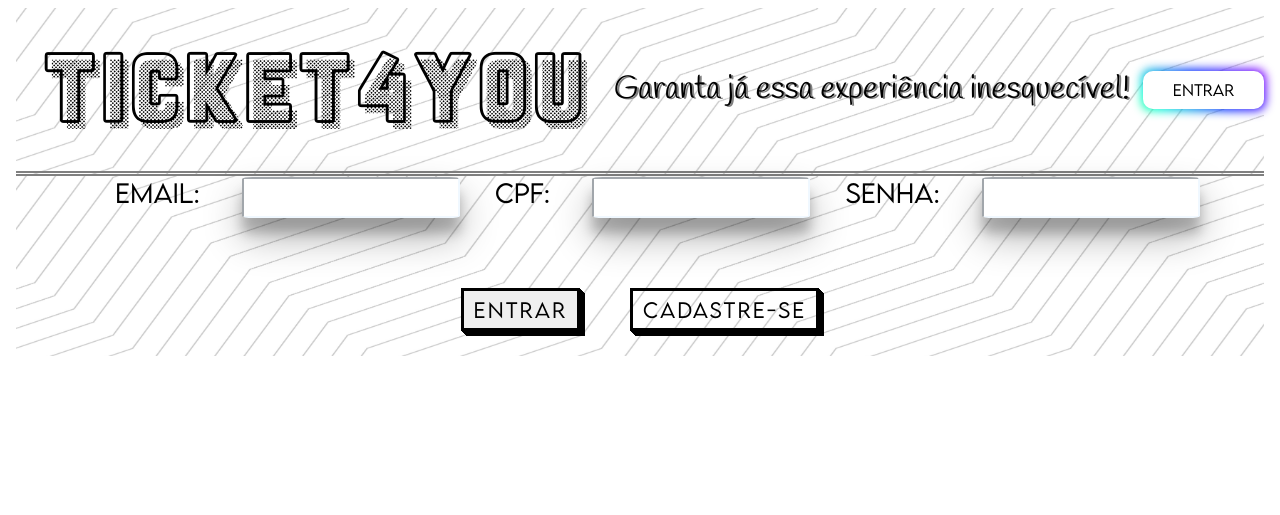
Repository: hellengurgaczz/projeto-DSA
Page: /
These files come from the project's save history. The page is drawn as it stood at one moment and after a run of saves; the edit follows.
The browser window is 1280 px wide. The pictures show the whole page.
The project was rebuilt for these pictures with package versions that can differ from the ones it lists, and the page was loaded fresh each time. Also part of the build but not shown: angular.json, src/app/ingressos/templates/cadastrar/cadastrar.component.ts, src/app/models/ingresso.model.ts, src/app/services/ingresso.service.ts, src/app/compra/comprar-ingresso/comprar-ingresso.component.ts, src/app/models/compra.model.ts, src/app/services/compra.service.ts, src/app/ingressos/templates/deletar/deletar.component.ts and 3 more.

Above is the page before, as saved 2022-05-20 11:21:12.

After the next 3 saves:
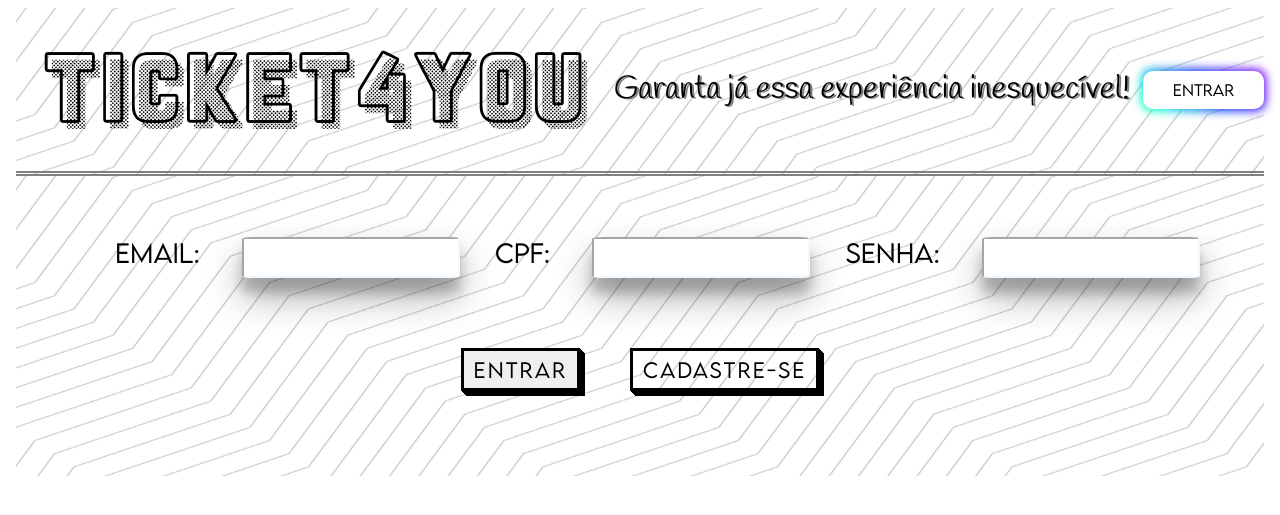
The 3 saves are shown as one change because they came seconds apart.
The last was saved 15 s later.
--- a/src/app/login/login.component.css
+++ b/src/app/login/login.component.css
@@ -2,8 +2,7 @@
   font-family: LEMONMILKLight;
   font-size: 25px;
   text-align: center;
-  margin: 0px;
-  height: 100%;
+  padding: 60px;
   background-image: url(../login/fonts/SL_042620_30310_10.jpg);
   background-size: cover;
 }
